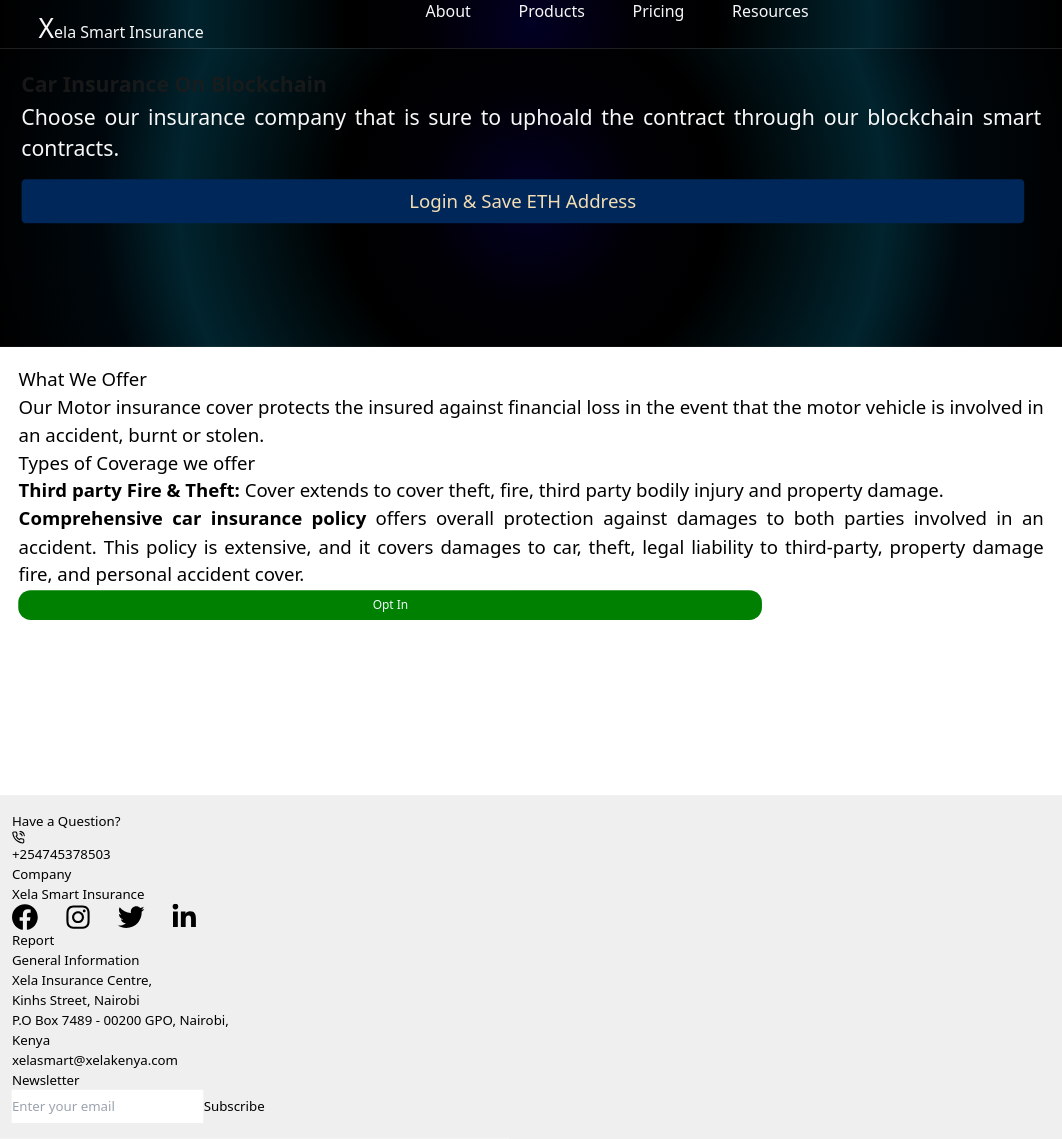
Repository: ALVIN-OBONYO/Xela-smart_insuarance
Page: / (app in frontend/)
These files come from the project's save history. The page is drawn as it stood at one moment and after the next save; the edit follows.
The browser window is 1280 px wide. The pictures show the whole page, at 83% of full size.
The project was rebuilt for these pictures with package versions that can differ from the ones it lists, and the page was loaded fresh each time. Also part of the build but not shown: frontend/src/Components/Cards.jsx, frontend/src/Pages/Policies.jsx, frontend/src/Components/Calendar.css, frontend/src/Components/Calendar.jsx, frontend/src/Components/Input.js, frontend/src/Components/Upload.css, frontend/src/Components/Upload.js, frontend/src/Pages/ReportForm.jsx and 3 more.

Above is the page before, as saved 2022-10-03 10:39:24.

### frontend/public/index.html
<!DOCTYPE html>
<html lang="en">
  <head>
    <meta charset="utf-8" />
    <link rel="icon" href="%PUBLIC_URL%/favicon.ico" />
    <meta name="viewport" content="width=device-width, initial-scale=1" />
    <meta name="theme-color" content="#000000" />
    <meta
      name="description"
      content="Web site created using create-react-app"
    />
    <link rel="apple-touch-icon" href="%PUBLIC_URL%/logo192.png" />
    <!--
      manifest.json provides metadata used when your web app is installed on a
      user's mobile device or desktop. See https://developers.google.com/web/fundamentals/web-app-manifest/
    -->
    <link rel="manifest" href="%PUBLIC_URL%/manifest.json" />
    <!--
      Notice the use of %PUBLIC_URL% in the tags above.
      It will be replaced with the URL of the `public` folder during the build.
      Only files inside the `public` folder can be referenced from the HTML.

      Unlike "/favicon.ico" or "favicon.ico", "%PUBLIC_URL%/favicon.ico" will
      work correctly both with client-side routing and a non-root public URL.
      Learn how to configure a non-root public URL by running `npm run build`.
    -->
    <title>React App</title>
  </head>
  <body>
    <noscript>You need to enable JavaScript to run this app.</noscript>
    <link
    href="https://unpkg.com/tailwindcss@^1.0/dist/tailwind.min.css"
    rel="stylesheet"
  />
  <script
    src="https://cdnjs.cloudflare.com/ajax/libs/web3/1.6.1/web3.min.js"
    integrity="sha512-5erpERW8MxcHDF7Xea9eBQPiRtxbse70pFcaHJuOhdEBQeAxGQjUwgJbuBDWve+xP/u5IoJbKjyJk50qCnMD7A=="
    crossorigin="anonymous"
    referrerpolicy="no-referrer"
  ></script>
    <div id="root"></div>
    <!--
      This HTML file is a template.
      If you open it directly in the browser, you will see an empty page.

      You can add webfonts, meta tags, or analytics to this file.
      The build step will place the bundled scripts into the <body> tag.

      To begin the development, run `npm start` or `yarn start`.
      To create a production bundle, use `npm run build` or `yarn build`.
    -->
  </body>
</html>

### frontend/src/index.js
import React from 'react';
import ReactDOM from 'react-dom/client';
import './index.css';
import App from './App';
import reportWebVitals from './reportWebVitals';
import { BrowserRouter } from 'react-router-dom';
const root = ReactDOM.createRoot(document.getElementById('root'));
root.render(
  <React.StrictMode>
     <BrowserRouter>
       <App />
    </BrowserRouter>
  </React.StrictMode>
);

// If you want to start measuring performance in your app, pass a function
// to log results (for example: reportWebVitals(console.log))
// or send to an analytics endpoint. Learn more: https://bit.ly/CRA-vitals
reportWebVitals();

### frontend/src/App.jsx
import './App.css';
import RoutePages from './Components/RoutePages';

function App() {
  return (
    <div className="App">
      <RoutePages/>
    </div>
  );
}

export default App;

### frontend/src/Components/RoutePages.jsx
import React from 'react'
import { Routes, Route} from 'react-router-dom'
import EntryPage from '../Pages/Entrypage'
import PolicyMaker from '../Pages/Policies'
import ReportForm from '../Pages/ReportForm'
import Report from '../Pages/Report'
import ReportInfo from '../Pages/ReportInfo'
import FormPagination from './FormPagination'
const RoutePages = () => {
    return (


   <Routes>

    <Route exact path="/" element={<EntryPage />} />
    <Route path="policy" element={<PolicyMaker />} />

    <Route path="report/2" element={<ReportForm/> } />
    <Route path="report/1" element={<ReportInfo />} />
    <Route path="report/*" element={<FormPagination />} />

   </Routes>


    )
}

export default RoutePages

### frontend/src/Pages/Entrypage.jsx
import React, {useState, useRef} from 'react'
import "../Components/Navbar.css"
import { FaTimes, FaBars, FaInstagram, FaTwitter, FaLinkedinIn, FaFacebook, } from 'react-icons/fa'
import {FiPhoneCall} from 'react-icons/fi'
import { Link} from 'react-router-dom'
import { loginWithEth } from '../Services/LoginWithEth'
import { truncateAddress } from '../Services/TruncateAddress'
import Web3 from 'web3'
import { getContractSymbol } from '../Services/Contract'
import TextField from '@mui/material/TextField'
import Button from "@mui/material/Button"
import FormGroup from "@mui/material/FormGroup"
//import {useStyles} from '@emotion/styled'
const Entrypage = () => {
        const [navButton, setNavButton] = useState(false)
        const [policy, setPolicy] = useState("")
        const switchNavState = () => setNavButton(!navButton)
        const buttonLogout = useRef(null)
        const yourAddress = useRef()
        window.userAddress = null



        window.onload = async () => {
            if (window.ethereum) {
                window.web3 = new Web3(window.ethereum)
            } else {
                alert("No ETH browser extension detected.")
            }
        }

        function showAddress() {
          if (!window.userAddress) {
            yourAddress.current.innerText = ""
            buttonLogout.current.classList.add("hidden")
             return false
        }

        yourAddress.innerText = `ETH Address: ${truncateAddress(window.userAddress)}`
        buttonLogout.classList.remove("hidden")
    }

         function logout() {
            window.userAddress = null
            window.localStorage.removeItem(buttonLogout)
            showAddress()
}

    return (
        <>
        <nav id="my-nav">
        <h1 className='brand'><span className='X'>X</span>ela Smart Insurance</h1>
        <div className='toogleNav' onClick={switchNavState} >{navButton ?
        <div id="bars">

            <FaBars size="2.5em"/>
            </div> :
            <div className = "navflex">
            <div id="times">
                <FaTimes />
                </div>
            <h4>About</h4>
            <h4>Products</h4>
            <h4>Pricing</h4>
            <h4>Resources</h4>
            </div>

}
        </div>
        <div className='nav-section'>
            <h4>About</h4>
            <h4>Products</h4>
            <h4>Pricing</h4>
            <h4>Resources</h4>
        </div>
        </nav>
        <section className="top-descr" id='top'>
            <h1 id="top-h3">Car Insurance On Blockchain</h1>
            <p id="top-pg">Choose our insurance company that is sure to uphoald the contract through our blockchain smart contracts.</p>
            <div id="policy-sec">
                {/* <FormGroup row >
               <TextField
                variant="outlined"
                placeholder='Enter your policy number'
                sx={{
                    borderRadius: 0,
                    padding: 0
                }}
                />
                <Button variant="contained" sx={{
                    borderRadius: 0,
                    padding: "6px"
                }}>Verify</Button>
                    </FormGroup> */}

            <button id="btn-policy" onClick={loginWithEth}>Login & Save ETH Address
                </button>
                <p id="userAddress" className="text-gray-600" ref={yourAddress}></p>
                <button id="logoutButton" onClick={logout} className="hidden text-blue-500 underline" ref={buttonLogout}>Logout</button>
                           </div>
        </section>
        <div className='about-descr' id="descr">
            <h3>What We Offer</h3>
            <p>
            Our Motor insurance cover protects the insured against financial loss in the event that the motor vehicle is involved in an accident, burnt or stolen.</p>
            <h4>Types of Coverage we offer</h4>
            <p>


<b>Third party Fire & Theft:</b> Cover extends to cover theft, fire, third party bodily injury and property damage.
</p>
<p>
<b>Comprehensive car insurance policy</b> offers overall protection against damages to both parties involved in an accident. This policy is extensive, and it covers damages to car, theft, legal liability to third-party, property damage fire, and personal accident cover.
            </p>
            <Link to="/policy"><button id="buy-policy" onClick={getContractSymbol}>Opt In</button></Link>
        </div>
        <div id="footer">
            <div>
            <h2>Have a Question?</h2>
             <h3><FiPhoneCall /> +254745378503</h3>
             <h2>Company</h2>
             <h3>Xela Smart Insurance</h3>
             <div id="social-icons">
               <FaFacebook size="2em"/>
               <FaInstagram size="2em"/>
               <FaTwitter size="2em"/>
               <FaLinkedinIn size="2em"/>
             </div>
             <div>
                <Link to="/report/1">Report</Link>
                <h2>General Information</h2>
                <h4>Xela Insurance Centre,</h4>
                <h4>Kinhs Street, Nairobi</h4>
                <h4>P.O Box 7489 - 00200 GPO, Nairobi,</h4>
                <h4>Kenya</h4>
                <h4>xelasmart@xelakenya.com</h4>
                <h2>Newsletter</h2>
                <input type="text" placeholder="Enter your email" />
                <button>Subscribe</button>
             </div>
            </div>
        </div>
        </>
    )
}

export default Entrypage

### frontend/src/Components/Navbar.css
nav {
    width: 100vw;
    display: flex;
    justify-content: flex-start;
    align-items: flex-start;
}

.brand {
    flex-grow: 1;
    text-align: start;
    padding-left: 2.9rem;
    margin-top: 0.6rem;
    font-size: 1.2rem;
}

.X {
    font-size: 2rem;

}
.nav-section {
    display: flex;
    flex-grow: 1;
    gap: 3em;
    font-size: 1.2rem;
    padding-right: 2em;
    justify-content: flex-start;
    align-items: center;
}
.top-descr, .about-descr  {
    margin-top: 0;
    padding: 1em;
    text-align: justify;
    font-size: 1.6rem;
    height: 50vh;

}

#descr {
    font-size: 1.4rem;
    height: 75vh;
}

#top-h3 {
    font-weight: 700;
    color: rgba(27, 27, 27, 0.836);
}
#top, nav {
    background: rgb(2,0,36);
    background: radial-gradient(circle, rgba(2,0,36,1) 0%, rgba(1,0,5,1) 20%, rgba(0,0,0,1) 35%, rgba(1,36,46,1) 64%, rgba(0,8,13,1) 78%, rgba(0,0,0,1) 100%);
    color: rgb(248, 248, 248);
}
#top-pg {

    font-size: 1.6rem;
}
#policy-sec {
    display: flex;
    gap: 0.8em;

}
input[type=text] {
    flex-grow: 1;
    height: 2.5em;
}
#btn-policy {
    background-color: rgb(0, 39, 90);
    flex-grow: 1;
    color: wheat;
    border: none;
    margin-top: 0.8em;
    border-radius: 5px;
    padding: 0.6rem;
    font-size: 1.4rem;
    font-weight: 500;

}
#buy-policy {
    width: 70vw;
    height: 2.5em;
    border: none;
    background-color: #008000;
    color:aliceblue;
    font-size: 0.9rem;
    border-radius: 15px;
}
#social-icons {
    display: flex;
    gap: 2em;
}
#footer {
    background-color: rgba(128, 128, 128, 0.13);
    text-align: start;
    padding: 1.2em  0.9em;
}

.navflex {
    display: flex;
    flex-direction: column;
    justify-content: center;
    align-items: center;
    gap: 2em;
    background-color: rgba(19, 20, 27, 0.918);
    color: white;
    width: 100vw;
    height: 100vh;
    right: 0;
    top: 0;
    position: absolute;
    text-transform: uppercase;
    /* animation-name: ${navanim}; */
}
@media screen and (max-width: 600px){
   .nav-section {

      display: none;
   }


}

@media screen and (min-width: 600px){
    .toogleNav {
        display: none;
        padding: 1.3em;
    }
}

### frontend/src/Services/LoginWithEth.js
import { showAddress } from "./showAddress";
export async function loginWithEth() {
    if (window.web3) {
        try {
            const selectedAccount = await window.ethereum.request({
                method: "eth_requestAccounts"
            })
            .then((accounts) => accounts[0])
            .catch(() => {
                throw Error("No account selected!")
            })

          window.userAddress = selectedAccount;
          window.localStorage.setItem("userAddress", selectedAccount);
        //   showAddress()
        }
        catch (error) {
            console.error(error)
        }
    } else {
        alert("No ETH browser extension detected.");
    }
}

### frontend/src/Services/TruncateAddress.js
export function truncateAddress(address) {
    if (!address) {
        return "";
    }
    return `${address.substr(0, 5)}...${address.substr(
        address.length - 5,
        address.length
      )}`;
}

### frontend/src/Services/Contract.js
window.ABI = require('./contract-abi.json')
export async function getContractSymbol() {
    const CONTRACT_ADDRESS = "0x1A5b30a61CED9B4D9c209E7F1d2fbD38657f8EB1"

    const contract = new window.web3.eth.Contract(
        window.ABI,
        CONTRACT_ADDRESS
    )

    const symbol = await contract.methods.symbol().call({
        from: window.userAddress    })

    alert(`Contract ${CONTRACT_ADDRESS} Symbol: ${symbol}`);
}

Loaded but not shown: frontend/src/index.css (common file); frontend/src/reportWebVitals.js (common file); frontend/src/App.css (common file); frontend/src/Services/contract-abi.json (501 lines, source omitted); frontend/src/Services/showAddress.js (no stored copy; drawn as an empty file)

After the next save:
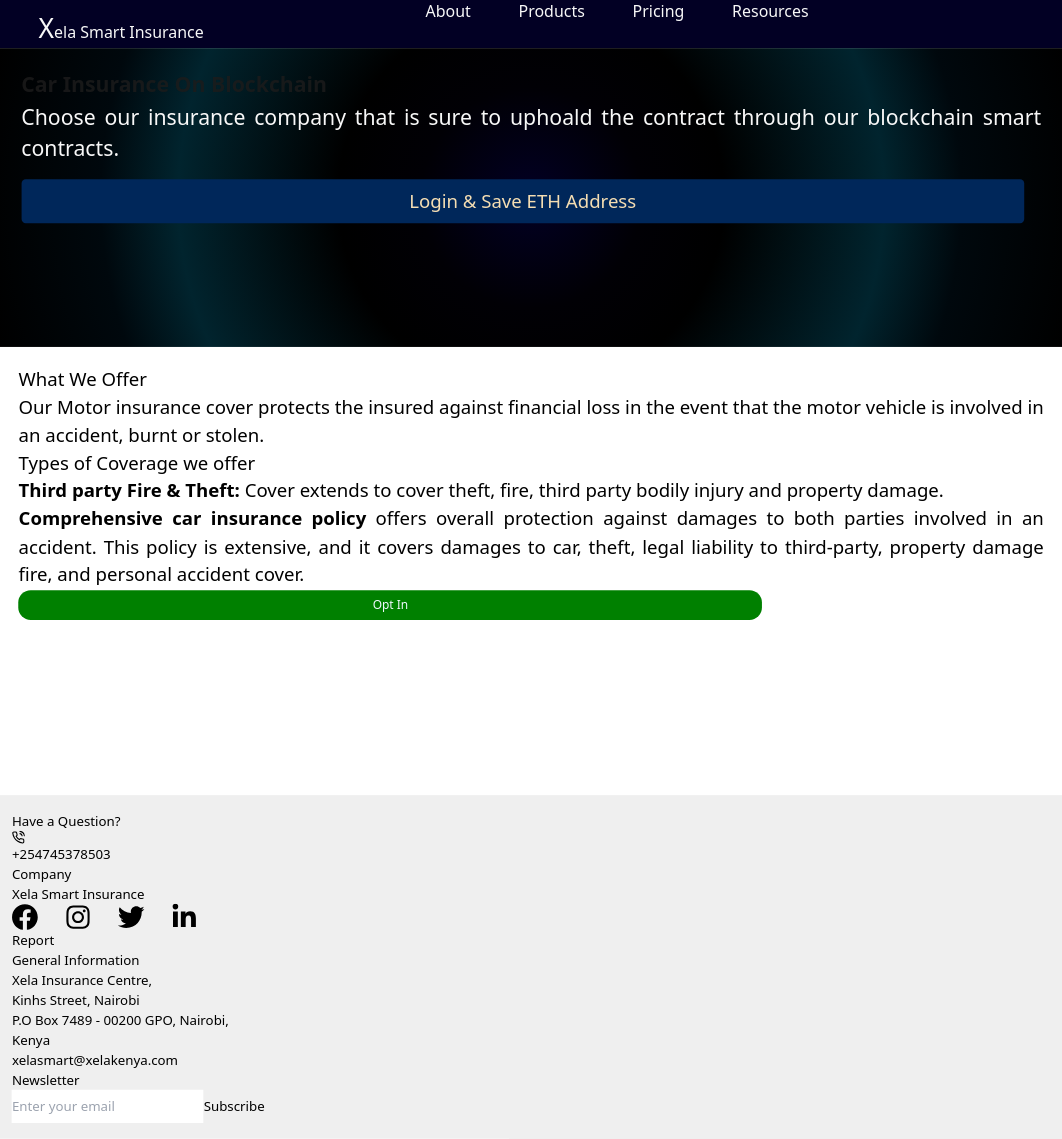
Saved 24 s later.
--- a/frontend/src/Components/Navbar.css
+++ b/frontend/src/Components/Navbar.css
@@ -48,6 +48,10 @@ nav {
     background: rgb(2,0,36);
     background: radial-gradient(circle, rgba(2,0,36,1) 0%, rgba(1,0,5,1) 20%, rgba(0,0,0,1) 35%, rgba(1,36,46,1) 64%, rgba(0,8,13,1) 78%, rgba(0,0,0,1) 100%);
     color: rgb(248, 248, 248);
+}
+
+#my-nav {
+    background: rgb(2,0,36);
 }
 #top-pg {
 
